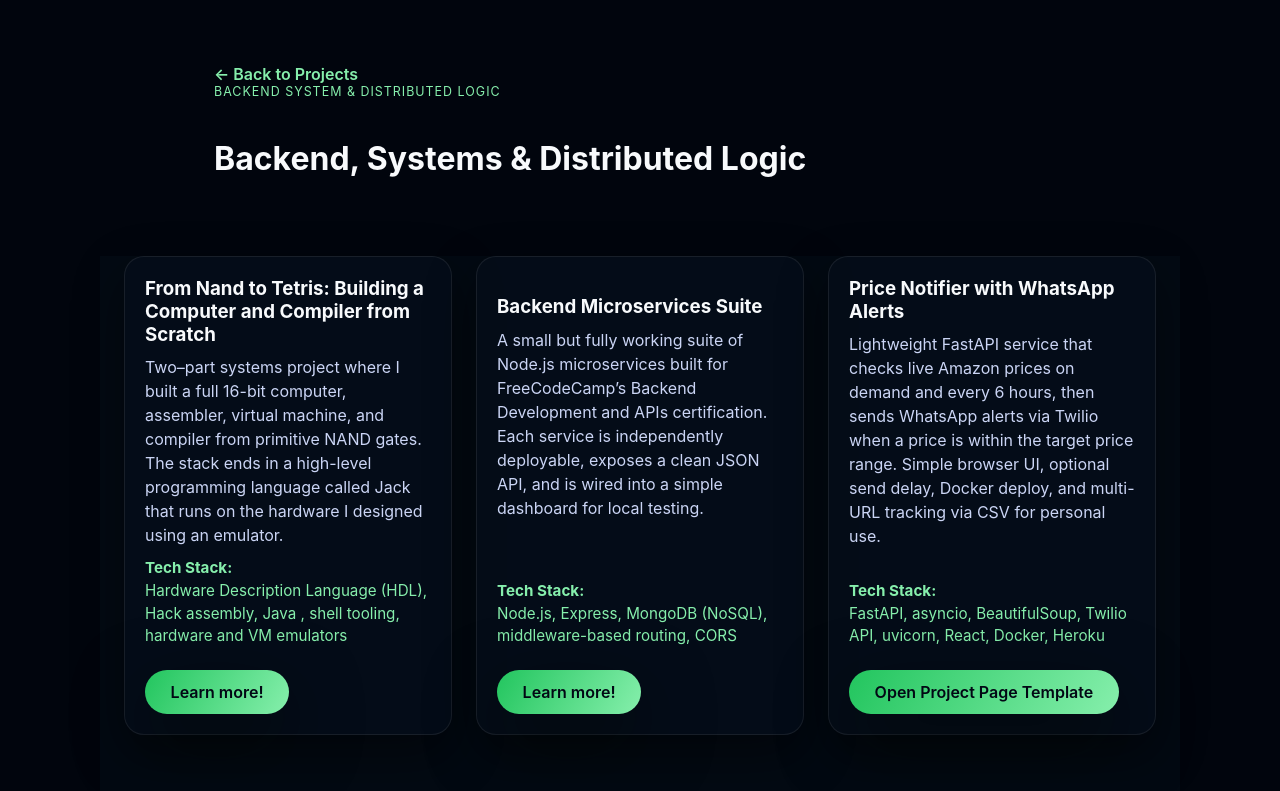
Repository: Abdulaziz-04/Abdulaziz-04.github.io
Page: projects/backend_systems.html
An editor plug-in stored every save of this project. The page is shown before and after the next save, followed by the edit.
The browser window is 1280 px wide. The pictures show the whole page.

Above is the page before, as saved 2025-11-21 15:24:52.

### projects/backend_systems.html
<!DOCTYPE html>
<html lang="en">
  <head>
    <meta charset="UTF-8" />
    <meta name="viewport" content="width=device-width, initial-scale=1" />
    <title>Backend, Systems &amp; Distributed Logic | Projects</title>
    <link rel="stylesheet" href="../assets/css/styles.css" />
  </head>
  <body class="category-page">
    <header class="category-hero">
      <a class="category-back" href="../index.html#projects"
        >&larr; Back to Projects</a
      >
      <a class="category-pill" href="../index.html#projects"
        >Backend System &amp; Distributed Logic</a
      >
      <br />
      <h1>Backend, Systems &amp; Distributed Logic</h1>
    </header>
    <main class="section category-section">
      <div class="project-modal-grid">
        <article class="project-modal-card">
          <div class="project-modal__body">
            <h3>
              From Nand to Tetris: Building a Computer and Compiler from Scratch
            </h3>
            <p class="project-modal__summary">
              Two–part systems project where I built a full 16-bit computer,
              assembler, virtual machine, and compiler from primitive NAND
              gates. The stack ends in a high-level programming language called
              Jack that runs on the hardware I designed using an emulator.
            </p>
            <p class="project-modal__tech">
              <strong>Tech Stack:</strong>
              Hardware Description Language (HDL), Hack assembly, Java , shell
              tooling, hardware and VM emulators
            </p>
            <div class="project-modal__actions">
              <a
                class="btn primary"
                href="../deepdives/backend_systems/nand2tetris/nand2tetris.html"
                >Learn more!</a
              >
            </div>
          </div>
        </article>

        <article class="project-modal-card">
          <div class="project-modal__body">
            <h3>Backend Microservices Suite</h3>
            <p class="project-modal__summary">
              A small but fully working suite of Node.js microservices built for
              FreeCodeCamp’s Backend Development and APIs certification. Each
              service is independently deployable, exposes a clean JSON API, and
              is wired into a simple dashboard for local testing.
            </p>
            <p class="project-modal__tech">
              <strong>Tech Stack:</strong>
              Node.js, Express, MongoDB (NoSQL), middleware-based routing, CORS
            </p>
            <div class="project-modal__actions">
              <a
                class="btn primary"
                href="../deepdives/backend_systems/microservices/microservices.html"
                >Learn more!</a
              >
            </div>
          </div>
        </article>

        <article class="project-modal-card">
          <div class="project-modal__body">
            <h3>Price Notifier with WhatsApp Alerts</h3>
            <p class="project-modal__summary">
              Lightweight FastAPI service that checks live Amazon prices on
              demand and every 6 hours, then sends WhatsApp alerts via Twilio
              when a price is within the target price range. Simple browser UI,
              optional send delay, Docker deploy, and multi-URL tracking via CSV
              for personal use.
            </p>
            <p class="project-modal__tech">
              <strong>Tech Stack:</strong> FastAPI, asyncio, BeautifulSoup,
              Twilio API, uvicorn, React, Docker, Heroku
            </p>
            <div class="project-modal__actions">
              <a class="btn primary" href="project-template.html"
                >Open Project Page Template</a
              >
            </div>
          </div>
        </article>
      </div>
    </main>
  </body>
</html>

### assets/css/styles.css
:root {
  --bg: #030a13;
  --bg-alt: #050f1f;
  --panel: #071425;
  --panel-soft: rgba(34, 197, 94, 0.08);
  --accent: #22c55e;
  --accent-strong: #86efac;
  --text: #f8fafc;
  --muted: #cbd5f5;
  --border: rgba(255, 255, 255, 0.08);
  --radius: 18px;
  --shadow: 0 25px 70px rgba(1, 8, 4, 0.55);
}

* {
  box-sizing: border-box;
}

body {
  margin: 0;
  min-height: 100vh;
  font-family: "Inter", "Segoe UI", system-ui, -apple-system, BlinkMacSystemFont,
    sans-serif;
  color: var(--text);
  background: radial-gradient(circle at 15% 35%, rgba(34, 197, 94, 0.15), transparent 45%),
    radial-gradient(circle at 80% 0%, rgba(134, 239, 172, 0.2), transparent 35%),
    #020718;
  scroll-behavior: smooth;
  padding-top: 0;
}

.modal-open {
  overflow: hidden;
}

main {
  background: var(--bg);
}

.section {
  max-width: 1080px;
  margin: 0 auto;
  padding: 3.5rem 1.5rem;
}

.site-header {
  margin: 0;
  padding: clamp(4rem, 12vw, 6rem) clamp(1.5rem, 6vw, 4rem) 3.5rem;
  background: linear-gradient(135deg, rgba(5, 18, 12, 0.9), rgba(3, 10, 19, 0.85)),
    radial-gradient(circle at top left, rgba(34, 197, 94, 0.25), transparent 55%);
  box-shadow: inset 0 1px 0 rgba(255, 255, 255, 0.05);
  min-height: 85vh;
  display: flex;
  align-items: center;
}

.hero-header {
  margin-top: 0;
  padding-top: clamp(4.5rem, 12vw, 7rem);
}

.top-nav {
  position: fixed;
  top: 0;
  left: 0;
  width: 100%;
  padding: 0.75rem clamp(1.25rem, 6vw, 4rem);
  background: rgba(4, 9, 20, 0.95);
  border-bottom: 1px solid rgba(255, 255, 255, 0.05);
  backdrop-filter: blur(14px);
  display: flex;
  align-items: center;
  justify-content: space-between;
  gap: 1rem;
  z-index: 50;
}

.top-nav__brand {
  font-size: 0.85rem;
  letter-spacing: 0.3em;
  text-transform: uppercase;
  color: var(--muted);
}

.top-nav__links {
  display: flex;
  align-items: center;
  gap: 0.9rem;
  flex-wrap: wrap;
}

.nav-link {
  text-decoration: none;
  color: var(--muted);
  font-weight: 600;
  letter-spacing: 0.08em;
  text-transform: uppercase;
  padding: 0.4rem 0.85rem;
  border-radius: 999px;
  transition: color 0.2s ease, background 0.2s ease;
}

.nav-link:hover {
  color: var(--text);
}

.nav-link.active {
  background: var(--accent);
  color: #03140c;
}

.hire-btn {
  cursor: pointer;
  background: var(--accent);
  color: black;
  padding: 0.95rem 2.4rem;
  font-size: 1.1rem;
  font-weight: 700;
  border: none;
  border-radius: 999px;
  box-shadow: 0 12px 28px rgba(34, 197, 94, 0.35);
}

.hero-grid {
  display: grid;
  grid-template-columns: minmax(0, 1.4fr) minmax(220px, 320px);
  gap: clamp(2rem, 4vw, 3.5rem);
  width: 100%;
  align-items: start;
}

.hero-text h1 {
  font-size: clamp(2.5rem, 5vw, 3.8rem);
  margin: 0.2rem 0 0.8rem;
}

.hero-lede {
  color: var(--muted);
  font-size: 1.05rem;
  max-width: 560px;
  line-height: 1.6;
}

.eyebrow {
  text-transform: uppercase;
  color: var(--accent-strong);
}

.hero-summary {
  margin: 1.5rem 0 1.75rem;
  color: var(--muted);
}

.summary-list {
  font-size: large;
  margin: 0;
  padding-left: 1.5rem;
}

.summary-list li {
  margin-bottom: 0.55rem;
  line-height: 1.5;
}

.hero-actions {
  display: flex;
  flex-wrap: wrap;
  gap: 1rem;
  width: 100%;
}

.hero-actions .hire-btn {
  padding: 1.1rem 2.8rem;
  font-size: 1.2rem;
}

.btn {
  display: inline-flex;
  align-items: center;
  justify-content: center;
  gap: 0.4rem;
  padding: 0.75rem 1.6rem;
  border-radius: 999px;
  text-decoration: none;
  font-weight: 600;
  transition: transform 0.2s ease, box-shadow 0.2s ease;
}

.btn.primary {
  background: linear-gradient(120deg, var(--accent), var(--accent-strong));
  color: #020714;
  box-shadow: var(--shadow);
}

.btn.secondary {
  border: 1px solid var(--accent);
  color: var(--accent-strong);
}

.btn:hover {
  transform: translateY(-2px);
}

.hero-photo {
  justify-self: center;
}

.hero-photo img {
  width: clamp(220px, 18vw, 280px);
  border-radius: 28px;
  border: 1px solid rgba(134, 239, 172, 0.2);
  box-shadow: 0 20px 60px rgba(0, 0, 0, 0.6);
  filter: saturate(1.05);
}

.section h2 {
  margin-top: 0;
  font-size: 2rem;
}

.experience-grid {
  display: grid;
  grid-template-columns: repeat(auto-fit, minmax(300px, 1fr));
  gap: 1.75rem;
}

.experience-title {
  display: flex;
  justify-content: space-between;
  align-items: center;
  gap: 1rem;
  font-size: 1.2rem;
}

.experience-title .role {
  color: var(--text); /* default text color */
  font-weight: 600;
}

.experience-title .org {
  color:#6DF9C9;
  white-space: nowrap;
}

.experience-card,
.project-card {
  background: linear-gradient(145deg, var(--panel), rgba(6, 14, 18, 0.9));
  border-radius: var(--radius);
  border: 1px solid var(--border);
  padding: 1.75rem;
  box-shadow: var(--shadow);
}

.timeline {
  border-left: 2px solid var(--border);
  margin-top: 1.25rem;
}

.timeline-item {
  padding-left: 1.75rem;
  margin-bottom: 1.75rem;
  position: relative;
}

.timeline-header {
  display: flex;
  justify-content: space-between;
  align-items: baseline;
  gap: 1rem;
}

.timeline-header h3 {
  margin: 0;
}

.education-title {
  display: flex;
  justify-content: space-between;
  gap: 0.75rem;
  align-items: baseline;
  flex-wrap: wrap;
}

.edu-gpa {
  color: var(--accent-strong);
  white-space: nowrap;
  font-size: 0.95rem;
}





.hire-modal {
  position: fixed;
  inset: 0;
  background: rgba(5, 9, 18, 0.8);
  display: flex;
  justify-content: center;
  align-items: center;
  z-index: 100;
}

.hire-modal[hidden] {
  display: none;
}

.hire-modal__panel {
  background: #050b16;
  border: 1px solid rgba(255, 255, 255, 0.08);
  border-radius: 22px;
  padding: 1.75rem;
  width: min(90%, 420px);
  box-shadow: 0 30px 80px rgba(0, 0, 0, 0.55);
  position: relative;
  color: var(--text);
}

.hire-modal__panel p {
  color: var(--muted);
}

.hire-modal__close {
  position: absolute;
  top: 0.5rem;
  right: 0.75rem;
  background: var(--accent);
  color: #02120b;
  border: none;
  font-size: 1.35rem;
  font-weight: 700;
  cursor: pointer;
  width: 2.25rem;
  height: 2.25rem;
  border-radius: 999px;
  display: inline-flex;
  align-items: center;
  justify-content: center;
  line-height: 1;
}

.hire-options {
  display: flex;
  flex-direction: column;
  gap: 0.75rem;
  margin-top: 1rem;
}

.hire-option {
  display: flex;
  justify-content: space-between;
  align-items: center;
  padding: 0.85rem 1rem;
  border-radius: 1rem;
  text-decoration: none;
  color: var(--text);
  border: 1px solid rgba(255, 255, 255, 0.08);
  background: rgba(255, 255, 255, 0.02);
  transition: background 0.2s ease, transform 0.2s ease;
}

.hire-option:hover {
  background: rgba(34, 197, 94, 0.18);
  transform: translateY(-2px);
}

.hire-option small {
  color: var(--muted);
  letter-spacing: 0.04em;
}

.hire-modal__action {
  margin-top: 1.5rem;
  width: 100%;
  text-align: center;
}

.timeline-item::before {
  content: "";
  width: 11px;
  height: 11px;
  border-radius: 999px;
  background: var(--accent);
  box-shadow: 0 0 16px rgba(34, 197, 94, 0.8);
  position: absolute;
  left: -6px;
  top: 4px;
}

.timeline-date {
  font-size: 0.85rem;
  letter-spacing: 0.1em;
  text-transform: uppercase;
  color: var(--muted);
}

.course-dropdown {
  margin-top: 1.5rem;
}

.course-toggle {
  width: 100%;
  background: transparent;
  border: 1px solid rgba(255, 255, 255, 0.08);
  border-radius: var(--radius);
  padding: 0.75rem 1.1rem;
  color: var(--text);
  font: inherit;
  font-weight: 600;
  letter-spacing: 0.04em;
  display: flex;
  justify-content: space-between;
  align-items: center;
  cursor: pointer;
  transition: border-color 0.2s ease, transform 0.2s ease, box-shadow 0.2s ease;
}

.course-toggle:hover {
  border-color: rgba(134, 239, 172, 0.7);
  box-shadow: 0 0 20px rgba(34, 197, 94, 0.25);
  transform: translateY(-1px);
}

.course-toggle__icon {
  font-size: 1.1rem;
  line-height: 1;
  transition: transform 0.25s ease;
}

.course-toggle[aria-expanded='true'] .course-toggle__icon {
  transform: rotate(45deg);
}

.course-panel {
  margin-top: 1rem;
  border-left: 2px solid rgba(134, 239, 172, 0.3);
  padding-left: 1.25rem;
}

.course-panel[hidden] {
  display: none;
}

.course-panel__body h4 {
  margin-top: 1rem;
  margin-bottom: 0.5rem;
}

.certifications-list {
  display: grid;
  gap: 1rem;
  margin-top: 1rem;
}

#certifications {
  scroll-margin-top: 140px;
}

.cert-list {
  list-style: none;
  padding: 0;
  margin: 0;
  display: flex;
  flex-direction: column;
  gap: 0.75rem;
}

.cert-title {
  font-weight: 700;
}

.cert-meta {
  font-size: 0.95rem;
  color: var(--muted);
}

.loading-text,
.loading-error {
  color: var(--muted);
  font-style: italic;
}

.loading-error {
  color: #fda4af;
}

.project-card--featured {
  display: flex;
  flex-wrap: wrap;
  gap: 1.5rem;
}

.project-media img {
  max-width: 280px;
  border-radius: var(--radius);
  border: 1px solid rgba(34, 197, 94, 0.3);
}

.project-grid {
  display: grid;
  grid-template-columns: repeat(auto-fit, minmax(240px, 1fr));
  gap: 1.25rem;
  margin-top: 1rem;
}

.projects-overview .projects-lede {
  color: var(--muted);
  max-width: 760px;
  margin-bottom: 2rem;
}

.project-category-grid {
  display: grid;
  grid-template-columns: repeat(auto-fit, minmax(260px, 1fr));
  gap: 1.5rem;
  margin-top: 2rem;
}

.project-category-card {
  border: 1px solid var(--border);
  border-radius: var(--radius);
  padding: 1.75rem;
  background: rgba(7, 19, 33, 0.85);
  display: flex;
  flex-direction: column;
  gap: 0.75rem;
  box-shadow: 0 15px 40px rgba(0, 0, 0, 0.35);
  min-height: 260px;
}

.category-pill {
  text-transform: uppercase;
  letter-spacing: 0.08em;
  font-size: 0.78rem;
  color: var(--accent-strong);
  margin: 0;
  display: block;
  min-height: 2.2em;
  text-decoration: none;
  cursor: pointer;
}

.project-category-card h3 {
  margin: 0;
  line-height: 1.35;
  min-height: 3.2em;
}

.project-category-card > p:not(.category-pill) {
  margin: 0;
  line-height: 1.5;
  min-height: 4.4em;
}

.category-link {
  align-self: flex-start;
  margin-top: auto;
}

.category-page {
  background: #01050d;
  color: var(--text);
  min-height: 100vh;
  margin: 0;
}

.category-hero {
  max-width: 900px;
  margin: 0 auto;
  padding: 4rem 1.5rem 2rem;
  text-align: left;
}

.category-hero h1 {
  margin-top: 0.5rem;
}

.category-back {
  text-decoration: none;
  color: var(--accent-strong);
  font-weight: 600;
}

.category-section {
  padding-top: 0;
}

.category-description {
  color: var(--muted);
  max-width: 720px;
}

.project-modal-grid {
  display: grid;
  grid-template-columns: repeat(auto-fit, minmax(280px, 1fr));
  gap: 1.5rem;
  margin-top: 1.5rem;
  align-items: stretch;
  grid-auto-rows: 1fr;
}

.project-modal-card {
  border: 1px solid rgba(255, 255, 255, 0.08);
  border-radius: 20px;
  padding: 1.25rem;
  background: rgba(5, 13, 25, 0.95);
  display: flex;
  flex-direction: column;
  gap: 1rem;
  box-shadow: 0 20px 50px rgba(0, 0, 0, 0.45);
  height: 100%;
}

.project-modal__body {
  display: grid;
  grid-template-rows: auto 1fr auto auto;
  gap: 0.6rem;
  height: 100%;
}

.project-modal-card h3 {
  margin: 0;
  min-height: 2.6rem;
  display: flex;
  align-items: flex-end;
}

.project-modal__body h3,
.project-modal__body p {
  margin: 0;
}

.project-modal__summary {
  color: var(--muted);
  line-height: 1.5;
  min-height: 0;
}

.project-modal__tech {
  font-size: 0.95rem;
  color: var(--accent-strong);
  min-height: 2.4rem;
  line-height: 1.5;
}

.project-modal__tech strong,
.project-modal__tech b {
  display: block;
}

.project-modal__actions {
  display: flex;
  gap: 0.75rem;
  flex-wrap: wrap;
  margin-top: auto;
  padding-top: 0.75rem;
}

.category-footer {
  text-align: center;
  color: var(--muted);
  padding: 2rem 1rem 3rem;
}

.project-detail-page {
  background: #01050d;
  color: var(--text);
  margin: 0;
}

.detail-hero {
  max-width: 960px;
  margin: 0 auto;
  padding: 4rem 1.5rem 2rem;
}

.detail-summary {
  color: var(--muted);
  font-size: 1.1rem;
}

.detail-meta {
  list-style: none;
  padding: 0;
  margin: 1.5rem 0 0;
  display: flex;
  flex-wrap: wrap;
  gap: 1rem 2rem;
  color: var(--accent-strong);
}

.detail-content {
  padding-top: 0;
}

.home-page p,
.home-page li,
.home-page .course-panel__body {
  text-align: justify;
}

.home-page .projects-overview p,
.home-page .project-category-card p {
  text-align: left;
}

.project-detail-page p,
.project-detail-page li {
  text-align: justify;
}

.detail-section {
  margin-bottom: 2.5rem;
}

.detail-gallery {
  display: flex;
  flex-direction: column;
  gap: 1.5rem;
}

.detail-gallery .gallery-row {
  display: flex;
  flex-direction: column;
  gap: 1.75rem;
  align-items: center;
}

.detail-gallery .gallery-row--two {
  width: 100%;
  display: grid;
  grid-template-columns: repeat(auto-fit, minmax(280px, 1fr));
  gap: 1.25rem;
  align-items: start;
}

.detail-gallery .gallery-item {
  flex: 0 0 auto;
  max-width: 880px;
  margin: 0 auto;
  text-align: center;
}

.detail-gallery .gallery-item figcaption {
  text-align: center;
}

.detail-gallery .gallery-item img {
  display: block;
  width: 100%;
  height: auto;
  border-radius: 12px;
  border: 1px solid rgba(255, 255, 255, 0.08);
  margin: 0 auto;
  transform: none;
}

.detail-video {
  display: block;
  width: 100%;
  max-width: 720px;
  height: auto;
  margin: 0 auto;
  border-radius: 12px;
  border: 1px solid rgba(255, 255, 255, 0.08);
  background: #000;
}

.detail-gallery__grid {
  display: grid;
  grid-template-columns: repeat(auto-fit, minmax(240px, 1fr));
  gap: 1.25rem;
}

.detail-gallery__grid img {
  width: 100%;
  border-radius: 14px;
  border: 1px solid rgba(255, 255, 255, 0.08);
}

.detail-snippet pre {
  background: #020714;
  padding: 1.25rem;
  border-radius: 16px;
  border: 1px solid rgba(255, 255, 255, 0.08);
  overflow-x: auto;
}

.code-emphasis {
  font-size: 1.4em;
}

.skills-list {
  display: flex;
  flex-wrap: wrap;
  gap: 0.65rem;
}

.skill-pill {
  --pill-bg: rgba(148, 163, 184, 0.15);
  --pill-color: #f8fafc;
  --pill-icon: rgba(255, 255, 255, 0.85);
  display: inline-flex;
  align-items: center;
  gap: 0.4rem;
  padding: 0.45rem 0.9rem;
  border-radius: 0.85rem;
  background: var(--pill-bg);
  color: var(--pill-color);
  font-size: 0.78rem;
  font-weight: 700;
  letter-spacing: 0.05em;
  text-transform: uppercase;
  border: 1px solid rgba(255, 255, 255, 0.06);
  box-shadow: 0 6px 14px rgba(0, 0, 0, 0.25);
}

.skill-pill i {
  font-size: 1rem;
  color: var(--pill-icon);
}

.site-footer {
  text-align: center;
  display: flex;
  justify-content: center;
  padding: 2.5rem 1rem 3rem;
  color: var(--muted);
  border-top: 1px solid var(--border);
  background: linear-gradient(180deg, rgba(5, 9, 18, 0.98), rgba(2, 7, 24, 0.95));
  margin-top: 0;
  box-shadow: 0 -18px 45px rgba(0, 0, 0, 0.45);
}

.site-footer p {
  margin: 0;
}

@media (max-width: 1024px) {
  .hero-grid {
    grid-template-columns: 1fr;
    text-align: center;
  }

  .hero-photo {
    order: -1;
  }

  .top-nav {
    flex-direction: column;
    align-items: flex-start;
    gap: 0.5rem;
  }

  .top-nav__links {
    width: 100%;
    justify-content: flex-start;
    gap: 0.5rem;
  }

  .hire-btn {
    width: 100%;
    text-align: center;
  }
}

@media (max-width: 640px) {
  .hero-header {
    padding-top: 9rem;
  }

  .experience-title {
    flex-direction: column;
    align-items: flex-start;
    gap: 0.35rem;
    font-size: 1.05rem;
  }

  .experience-title .org {
    white-space: normal;
    width: 100%;
  }
}


/* Medium size for first GIF */
.gallery-item--medium {
  text-align: center;
}

.gallery-item--medium img {
  max-width: 720px;
  width: 100%;
  height: auto;
  display: block;
  margin: 0 auto;
}

.gallery-item figcaption {
  margin-top: 0.95rem;
  color: var(--muted);
  line-height: 1.5;
}

.hero-screens {
  display: flex;
  flex-wrap: wrap;
  justify-content: center;
  align-items: flex-start;
  gap: 1.25rem;
}

.hero-screens .gallery-item {
  max-width: 220px;
  width: 100%;
  display: flex;
  flex-direction: column;
  align-items: center;
}

.hero-screens .gallery-item img {
  width: 100%;
  height: 420px;
  display: block;
  margin: 0 auto;
  object-fit: contain;
}

.hero-screens .gallery-item figcaption {
  text-align: center;
  margin-top: 0.75rem;
}


a {
  color: #b6f5c9;
}

a:hover {
  color: #8ef0af;
}

After the next save:
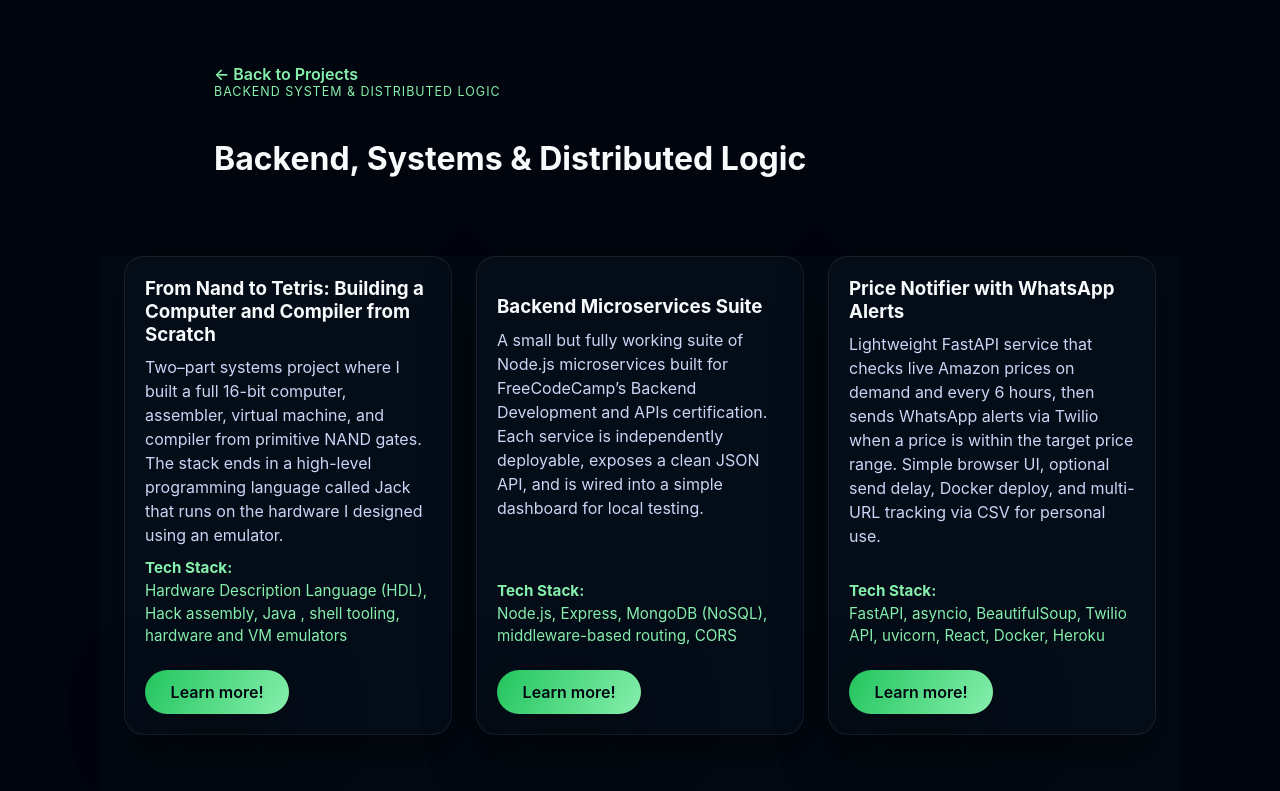
Saved 50 s later.
--- a/projects/backend_systems.html
+++ b/projects/backend_systems.html
@@ -83,8 +83,10 @@
               Twilio API, uvicorn, React, Docker, Heroku
             </p>
             <div class="project-modal__actions">
-              <a class="btn primary" href="project-template.html"
-                >Open Project Page Template</a
+              <a
+                class="btn primary"
+                href="../deepdives/backend_systems/price_notifier/price_notifier.html"
+                >Learn more!</a
               >
             </div>
           </div>
